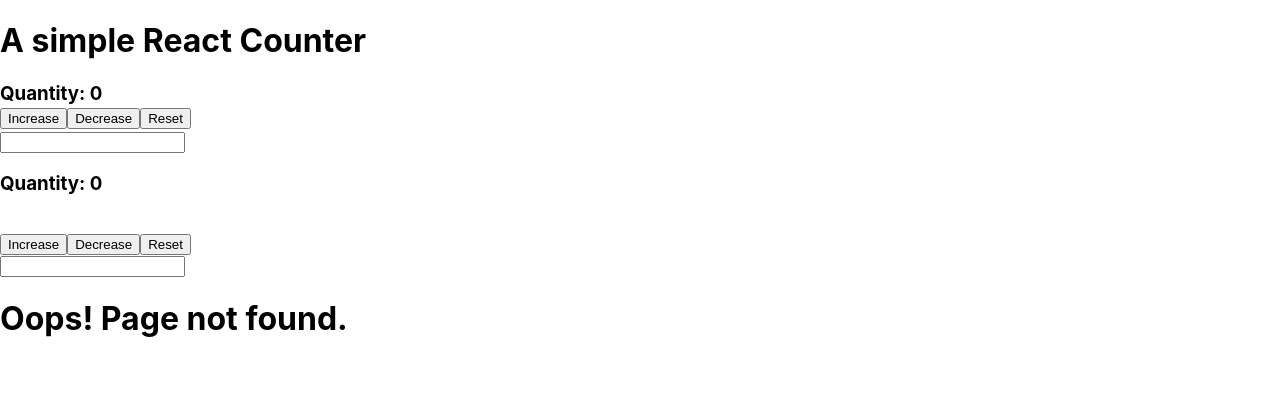
Repository: qudos4real/altschool-second-sem
Page: /
The author's editor kept a copy of each file at every save. The page is drawn from the files as they stood at one save, then again after the next save.
The browser window is 1280 px wide. The pictures show the whole page.
The project was rebuilt for these pictures with package versions that can differ from the ones it lists, and the page was loaded fresh each time. Also part of the build but not shown: src/App.css, src/Components/ErrorBoundary.js.

Above is the page before, as saved 2022-11-04 12:54:11.

### src/App.js
import React from 'react';
import Counter from './Components/Counter';
import './App.css';
import Reducer from './Components/Reducer';
import Home from './Components/Home';
import NotFound from './Components/NotFound';
import ErrorBoundary from './Components/ErrorBoundary';
import { BrowserRouter as Router, Route, Routes, Link } from 'react-router-dom';



function App() {
  return (
    <>
    <Home />
    <Counter />
    <Reducer />
    <NotFound />
    <ErrorBoundary />

    </>

    // <Router>
    //   <ErrorBoundary >
    //   <nav>
    //     <Link to="/">Home</Link>
    //     <Link to="counter">Counter</Link>
    //     <Link to="reducer">Reducer</Link>
    //     <Link to="ErrorBoundary">ErrorBoundary</Link>
    //     </nav>
    //   <Routes>
    //     <Route path="/" element={<Home />} />
    //     <Route path="/counter" element={<Counter />} />
    //     <Route path="/reducer" element={<Reducer />} />
    //     <Route path="ErrorBoundary" element={<ErrorBoundary />} />
    //     <Route path="*" element={<NotFound />} />
    //   </Routes>
    //   </ErrorBoundary>
    // </Router>
  )
}

export default App

### src/Components/Counter.js
import React from "react";
import { useCounter } from "../hooks/useCounter";

function Counter() {
  const quantity = useCounter(0);
  return (
    <div>
      <h3>
        Quantity: {quantity.count}
        <br />
        <button c onClick={quantity.increment}>Increase</button>
        <button c onClick={quantity.decrement}>Decrease</button>
        <button c onClick={quantity.reset}>Reset</button>
        <br />
        <input
          type="number"
          onChange={(e) => quantity.setValue(e.target.value)}
        />
      </h3>
    </div>
  );
}

export default Counter;

### src/Components/Reducer.js
import React from "react";
import { useReducer } from "react";
import { reducer } from "../hooks/reducer.1";

function Reducer() {
  const [state, dispatch] = useReducer(reducer, { count: 0 });
  return (
    <>
      <h3> Quantity: {state.count}</h3>
      <br />
      <button onClick={() => dispatch({ type: "increment" })}>Increase</button>
      <button onClick={() => dispatch({ type: "decrement" })}>Decrease</button>
      <button onClick={() => dispatch({ type: "reset" })}>Reset</button>
      <br />
      <input
        type="number"
        onChange={(e) => dispatch({ type: "setValue", value: e.target.value })}
      />
    </>
  );
}

export default Reducer;

### src/Components/Home.js
import React from "react";
import { Outlet } from "react-router-dom";

function Home() {
  return (
    <div>
      <h1>A simple React Counter</h1>
        <Outlet />

    </div>
  );
}

export default Home;

### src/Components/NotFound.js
import React from 'react'

const NotFound = () => {
    return (
        <div>
            <h1>
            Oops! Page not found.
            </h1>
        </div>
    )
}

export default NotFound

### src/hooks/useCounter.js
import { useState } from "react";

export const useCounter = (initialValue) => {
    const [count, setCount] = useState(initialValue);
    const increment = () => {
        setCount(count + 1);
    };
    const decrement = () => {
        count > 0 && setCount(count - 1);
    };
    const reset = () => {
        setCount(initialValue);
    };
    const setValue = (value) => {
        setCount(value);
    };
    return { count, increment, decrement, reset, setValue };
};

### src/hooks/reducer.1.js
export function reducer(state, action) {
    switch (action.type) {
        case "increment":
            return { count: state.count + 1 };
        case "decrement":
            return { count: state.count - 1 };
        case "reset":
            return { count: 0 };
        case "setValue":
            return { count: action.value };
        default:
            return state;
    }
}

### src/CSS/Counter.css
.btn {
    background-color: #4CAF50; /* Green */
    border: none;
    color: white;
    padding: 15px 32px;
    text-align: center;
    text-decoration: none;
    display: inline-block;
    font-size: 16px;
    margin: 4px 2px;
    cursor: pointer;
}

Loaded but not shown: public/index.html (common file); src/index.js (common file); src/index.css (common file); src/reportWebVitals.js (common file)

After the next save:
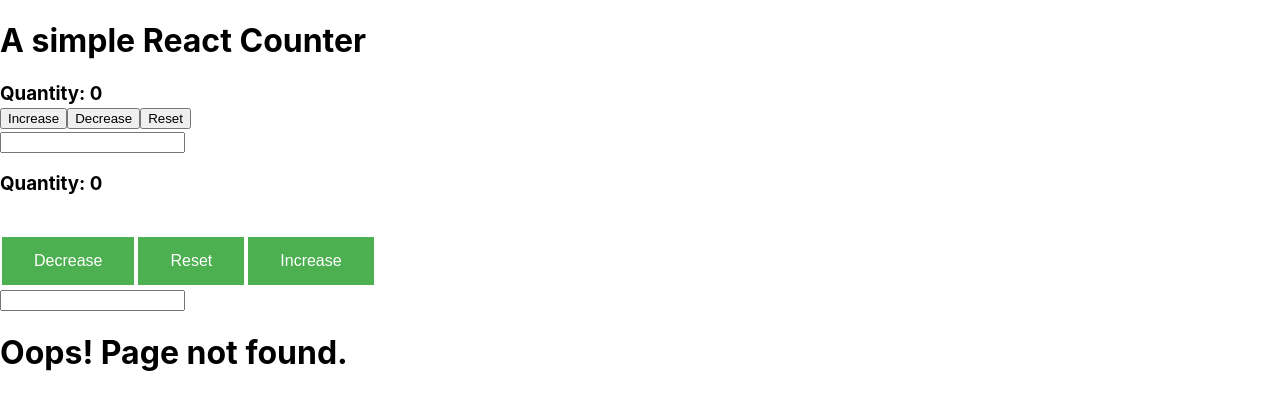
Saved 3 s later.
--- a/src/Components/Reducer.js
+++ b/src/Components/Reducer.js
@@ -1,22 +1,23 @@
 import React from "react";
 import { useReducer } from "react";
 import { reducer } from "../hooks/reducer.1";
+import "../CSS/Counter.css"
 
 function Reducer() {
   const [state, dispatch] = useReducer(reducer, { count: 0 });
   return (
-    <>
+    <div>
       <h3> Quantity: {state.count}</h3>
       <br />
-      <button onClick={() => dispatch({ type: "increment" })}>Increase</button>
-      <button onClick={() => dispatch({ type: "decrement" })}>Decrease</button>
-      <button onClick={() => dispatch({ type: "reset" })}>Reset</button>
+      <button className="btn " onClick={() => dispatch({ type: "decrement" })}>Decrease</button>
+      <button className="btn " onClick={() => dispatch({ type: "reset" })}>Reset</button>
+      <button className="btn " onClick={() => dispatch({ type: "increment" })}>Increase</button>
       <br />
       <input
         type="number"
         onChange={(e) => dispatch({ type: "setValue", value: e.target.value })}
       />
-    </>
+    </div>
   );
 }
 
